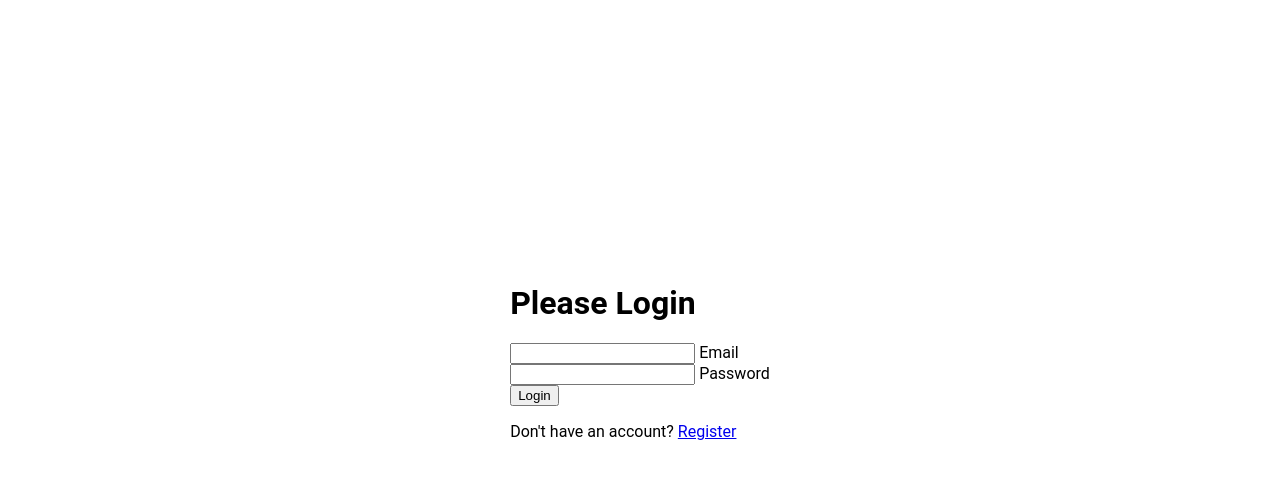
Repository: thecoachanna/form-animation
Page: index.html
These files come from the project's save history. The page is drawn as it stood at one moment and after the next save; the edit follows.
The browser window is 1280 px wide. The pictures show the whole page.
Some web fonts or font styles are not loaded; a fallback is used.

Above is the page before, as saved 2023-02-26 09:53:13.

After the next save:
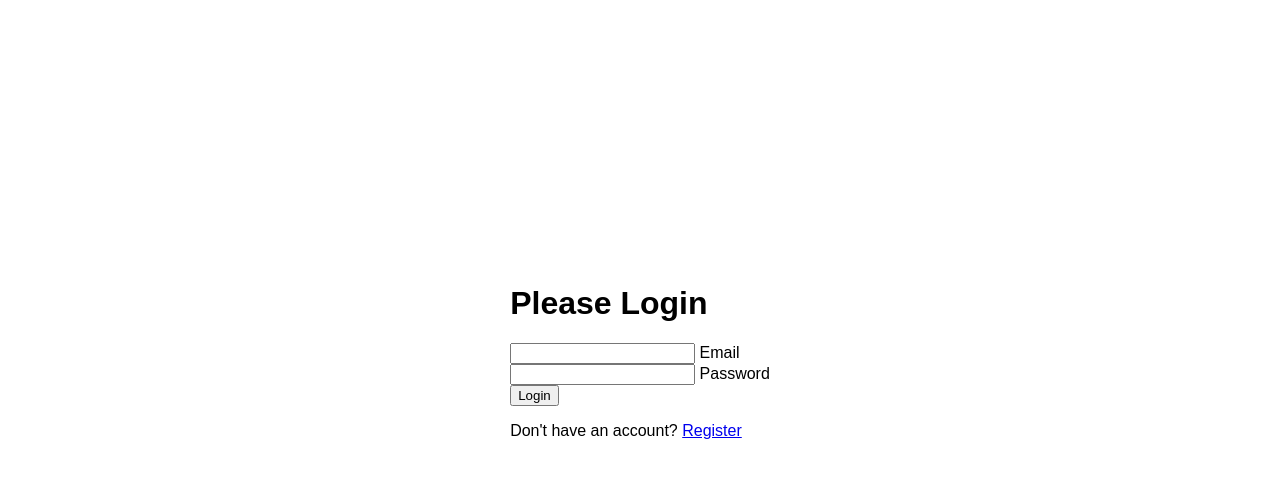
Saved 12 s later.
--- a/style.css
+++ b/style.css
@@ -6,7 +6,7 @@
 }
 
 body {
-    font-family: 'Roboto', sans-serif;
+    font-family: 'Muli', sans-serif;
     display: flex;
     flex-direction: column;
     align-items: center;
